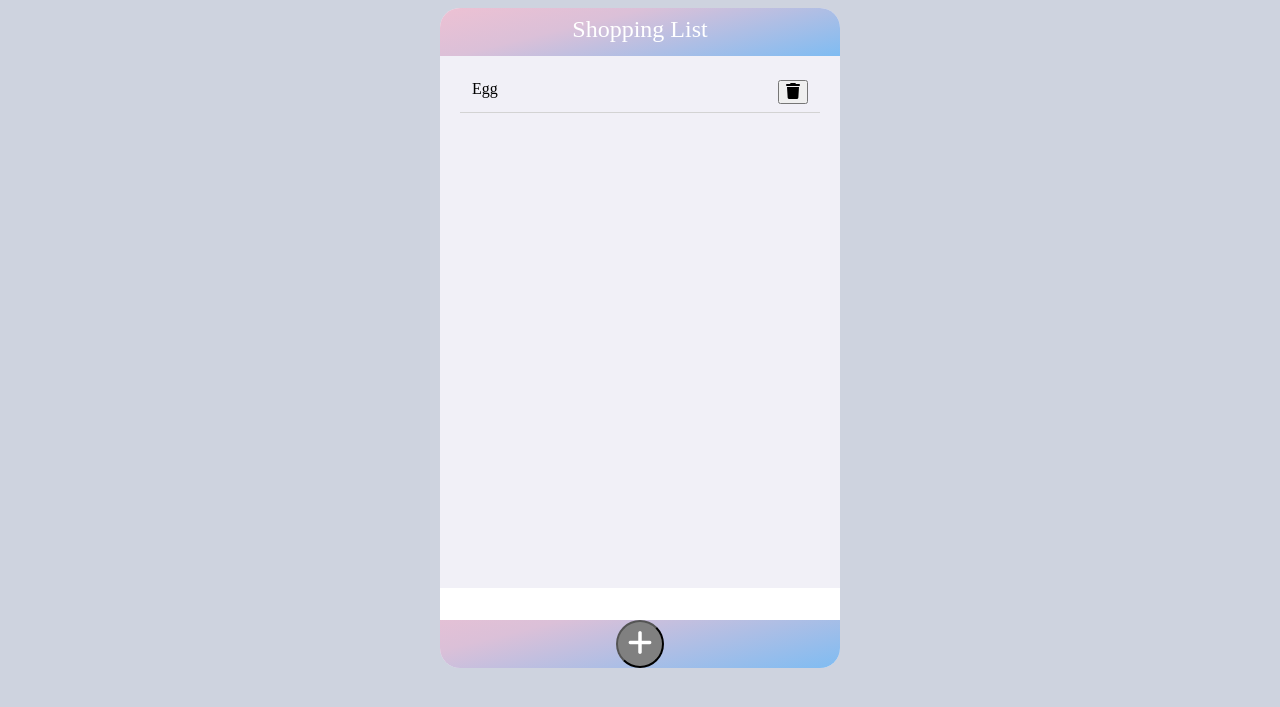
Repository: ggandory/browser101
Page: chapter5/index.html
An editor plug-in stored every save of this project. The page is shown before and after the next save, followed by the edit.
The browser window is 1280 px wide. The pictures show the whole page.
Some web libraries are served in a nearby version.

Above is the page before, as saved 2024-04-14 23:07:19.

### chapter5/index.html
<!DOCTYPE html>
<html lang="en">
  <head>
    <meta charset="UTF-8" />
    <meta name="viewport" content="width=device-width, initial-scale=1.0" />
    <title>Shopping List</title>
    <script src="main.js" defer></script>
    <script
      src="https://kit.fontawesome.com/9eb162ac0d.js"
      crossorigin="anonymous"
    ></script>
    <link rel="stylesheet" href="style.css" />
  </head>
  <body>
    <section class="list">
      <header class="header">Shopping List</header>
      <ul class="items">
        <li class="item_row">
          <div class="item">
            <span class="item_name">Egg</span>
            <button class="item_delte">
              <i class="fa-solid fa-trash"></i>
            </button>
          </div>
          <div class="item_divider"></div>
        </li>
      </ul>
      <footer class="footer">
        <input type="text" class="footer_input" />
        <button class="footer_button">
          <i class="fa-solid fa-plus"></i>
        </button>
      </footer>
    </section>
  </body>
</html>

### chapter5/style.css
* {
  box-sizing: border-box;
}

ul {
  padding: 0;
}

.button {
  outline: none;
  background: transparent;
  border: none;
  cursor: pointer;
}

body {
  background-color: #ced3df;
  text-align: center;
}

.list {
  width: 400px;
  margin: auto;
  background-color: #f1f0f7;
  border-radius: 20px;
}

.header {
  height: 48px;
  padding: 8px;
  font-size: 24px;
  background: rgba(237, 193, 211);
  background: linear-gradient(
    166deg,
    rgba(237, 193, 211, 1) 0%,
    rgba(219, 192, 216, 1) 35%,
    rgba(127, 188, 242, 1) 100%
  );
  border-radius: 20px 20px 0 0;
  color: white;
}
.items {
  height: 500px;
  overflow-y: auto;
}
.item {
  display: flex;
  justify-content: space-between;
  padding: 8px 32px;
}
.item_delte {
  font-size: 16px;
  transition: all 300ms ease-in;
}
.item_delte:hover {
  color: red;
  transform: scale(1.1);
}
.item_divider {
  width: 90%;
  height: 1px;
  background-color: lightgray;
  margin: auto;
}

.footer {
  background: rgba(237, 193, 211);
  background: linear-gradient(
    166deg,
    rgba(237, 193, 211, 1) 0%,
    rgba(219, 192, 216, 1) 35%,
    rgba(127, 188, 242, 1) 100%
  );
  border-radius: 0 0 20px 20px;
}

.footer_input {
  width: 100%;
  height: 32px;
  border: none;
  outline: none;
  font-size: 24px;
  padding: 0 16px;
}
.footer_button {
  width: 48px;
  height: 48px;
  font-size: 28px;
  background-color: gray;
  border-radius: 50%;
  color: white;
}

Loaded but not shown: chapter5/main.js (no stored copy; drawn as an empty file)

After the next save:
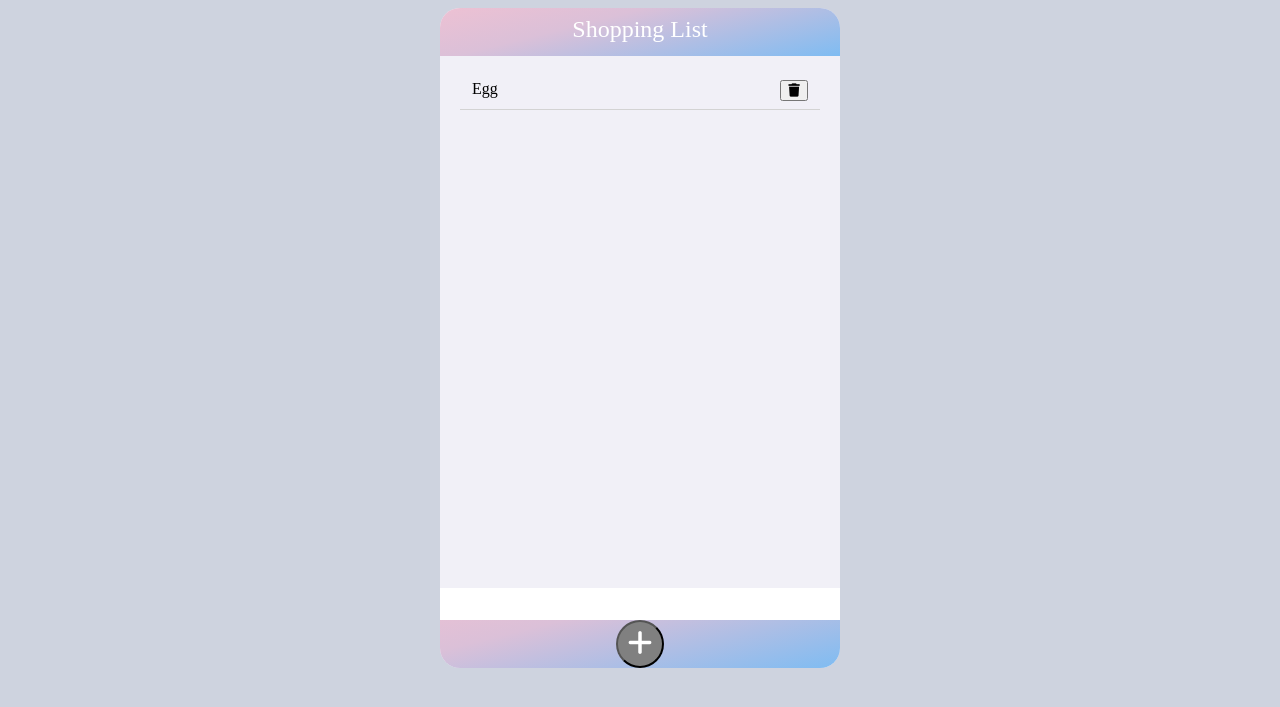
Saved 62 s later.
--- a/chapter5/style.css
+++ b/chapter5/style.css
@@ -48,7 +48,7 @@ body {
   justify-content: space-between;
   padding: 8px 32px;
 }
-.item_delte {
+.item_delete {
   font-size: 16px;
   transition: all 300ms ease-in;
 }

After the save that followed:
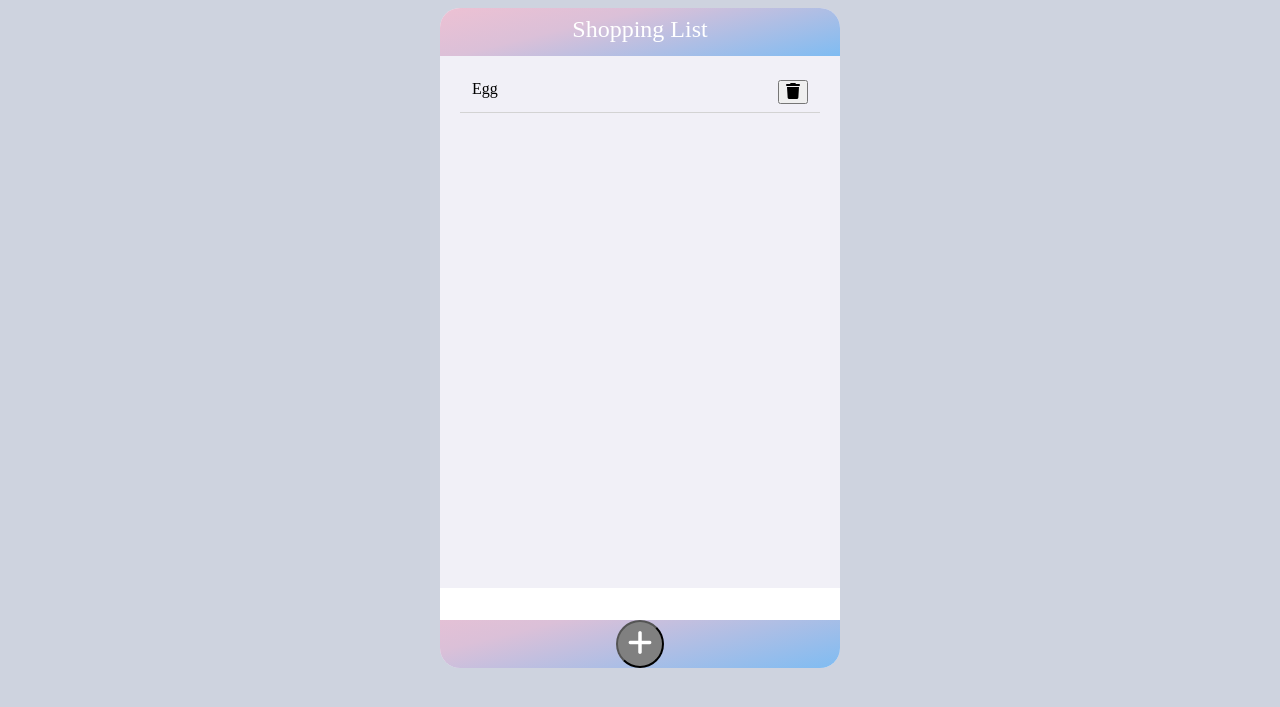
Saved 72 s later.
--- a/chapter5/index.html
+++ b/chapter5/index.html
@@ -18,7 +18,7 @@
         <li class="item_row">
           <div class="item">
             <span class="item_name">Egg</span>
-            <button class="item_delte">
+            <button class="item_delete">
               <i class="fa-solid fa-trash"></i>
             </button>
           </div>
